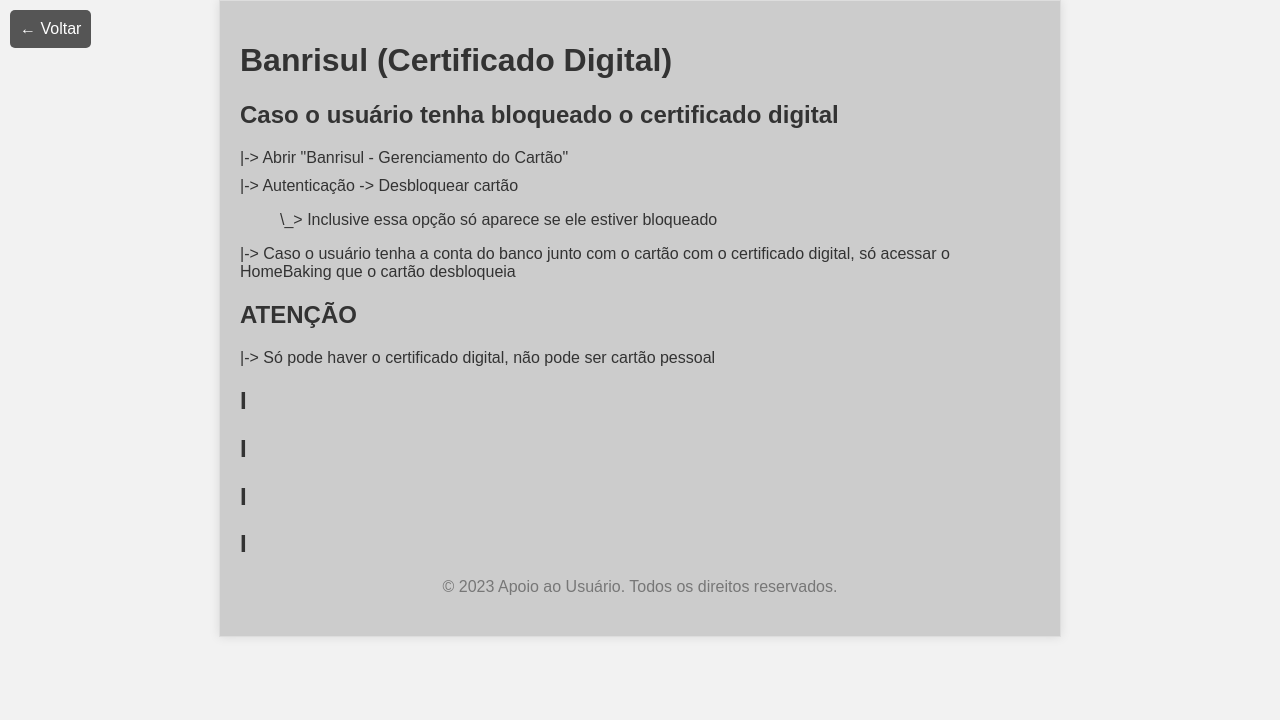
Repository: I4guito/dicasdez
Page: Dicas site/Dicas/banricert.html
These files come from the project's save history. The page is drawn as it stood at one moment and after the next save; the edit follows.
The browser window is 1280 px wide. The pictures show the whole page.

Above is the page before, as saved 2023-12-06 12:24:42.

### Dicas site/Dicas/banricert.html
<!DOCTYPE html>
<html lang="pt-br">
<head>
    <meta charset="UTF-8">
    <meta name="viewport" content="width=device-width, initial-scale=1.0">
    <link rel="stylesheet" href="padrao.css">
    <script src="/Dicas site/script.js"></script>
    <title>Banrisul (Certificado Digital) - Dicas 10</title>
</head>
<body>
    <div class="container">
        <header>
        <a href="javascript:history.back()" class="voltar-btn">&#8592; Voltar</a>
            <h1>Banrisul (Certificado Digital)</h1>
        </header>
        <section>
            <h2>Caso o usuário tenha bloqueado o certificado digital</h2>
            <ul>
                <li>|-> Abrir "Banrisul - Gerenciamento do Cartão"</li>
                <li>|-> Autenticação -> Desbloquear cartão
                    <blockquote>\_> Inclusive essa opção só aparece se ele estiver bloqueado</blockquote>
                </li>
                <li>|-> Caso o usuário tenha a conta do banco junto com o cartão com o certificado digital, só acessar o HomeBaking que o cartão desbloqueia</li>

            </ul>
        </section>

        <section>
            <h2>ATENÇÃO</h2>
            <ul>
                <li>|-> Só pode haver o certificado digital, não pode ser cartão pessoal</li>

            </ul>
        </section>

        <section>
            <h2>I</h2>
            <ul>
                <li></li>
                <li></li>
            </ul>

            <section>
                <h2>I</h2>
                <ul>
                    <li></li>
                    <li></li>
                </ul>

                <section>
                    <h2>I</h2>
                    <ul>
                        <li></li>
                        <li></li>
                    </ul>

                    <section>
                        <h2>I</h2>
                        <ul>
                            <li></li>
                            <li></li>
                        </ul>
        </section>
        <footer>
            <p>&copy; 2023 Apoio ao Usuário. Todos os direitos reservados.</p>
        </footer>
    </div>
</body>
</html>

### Dicas site/Dicas/padrao.css
body {
    font-family: 'Arial', sans-serif;
    margin: 0;
    padding: 0;
    background-color: #f2f2f2;
    color:#fff
}

.container {
    max-width: 800px;
    margin: 0 auto;
    background-color: #ccc;
    padding: 20px;
    box-shadow: 0 0 10px rgba(0, 0, 0, 0.1);
    border: 1px solid #ddd;
    color: #333;
}

header, section, footer {
    margin-bottom: 20px;
}

header h1, section h2 {
    color: #333;
}

ul {
    list-style: none;
    padding: 0;
}

li {
    margin-bottom: 10px;
}

footer {
    text-align: center;
    color: #777;
}

.voltar-btn {
    position: absolute;
    left: 10px;
    top: 10px;
    text-decoration: none;
    color: #fff;
    font-size: 16px;
    padding: 10px;
    background-color: #555;
    border: none;
    border-radius: 5px;
    cursor: pointer;
    transition: background-color 0.3s;
}

.voltar-btn:hover {
    background-color: #777;
}

img {

    margin-inline: 5cm;
    max-width: 100%;
    border-radius: 3%;
}

.link-instrucoes {
    font-family:cursive;
    width: 50px;
    left: 10px;
    text-decoration: none;
    color: #fff;
    font-size: 25px;
    padding: 3px;
    background-color: #555;
    border: none;
    border-radius: 10px;
    cursor: pointer;
    transition:  background-color 0.3s;
}

.link-instrucoes:hover {
    background-color:#777
}

.step {
    max-width: 800px;
    margin: 0 auto;
    background-color: #333;
    padding: 20px;
    box-shadow: 0 0 10px rgba(0, 0, 0, 0.1);
    border: 1px solid #ddd;
    color: #333;
    margin-bottom: 40px;
    padding: 20px;
    border-radius: 8px;
    box-shadow: 0 4px 8px rgba(0, 0, 0, 0.1);
}



.container img {
    display: block;
    max-width: 35%;
    height: auto;
    display: block;
    margin: 20px auto;
    border-radius: 8px;
    box-shadow: 0 4px 8px rgba(0, 0, 0, 0.1);


}

.image-zoom input[type="checkbox"] {
    display: none;
}

.image-zoom img {
    max-width: 100%;
    height: auto;
    cursor: pointer;
    transition: transform 0.3s ease-in-out;
}

.image-zoom input[type="checkbox"]:checked + img {
    transform: scale(1.5);
}

### Dicas site/script.js
function filterItems() {
    var searchBar = document.getElementById('searchBar');
    var filter = searchBar.value.toUpperCase();

    var columns = document.getElementsByClassName('column');
    for (var i = 0; i < columns.length; i++) {
        var boxes = columns[i].getElementsByClassName('box');
        for (var j = 0; j < boxes.length; j++) {
            var item = boxes[j];
            var textValue = item.textContent || item.innerText;
            if (textValue.toUpperCase().indexOf(filter) > -1) {
                item.style.display = "";
            } else {
                item.style.display = "none";
            }
        }
    }
}

function openPage(pageName) {
    window.location.href = pageName + '.html';
}

const isOpera = navigator.userAgent.indexOf("OPR") > -1;

if (isOpera) {
    document.addEventListener("DOMContentLoaded", function () {
        const containers = document.querySelectorAll(".container");
        containers.forEach(function (container) {
            container.style.backgroundColor = "#005c4b";
            container.style.color = "#333";
        });
    });
}

After the next save:
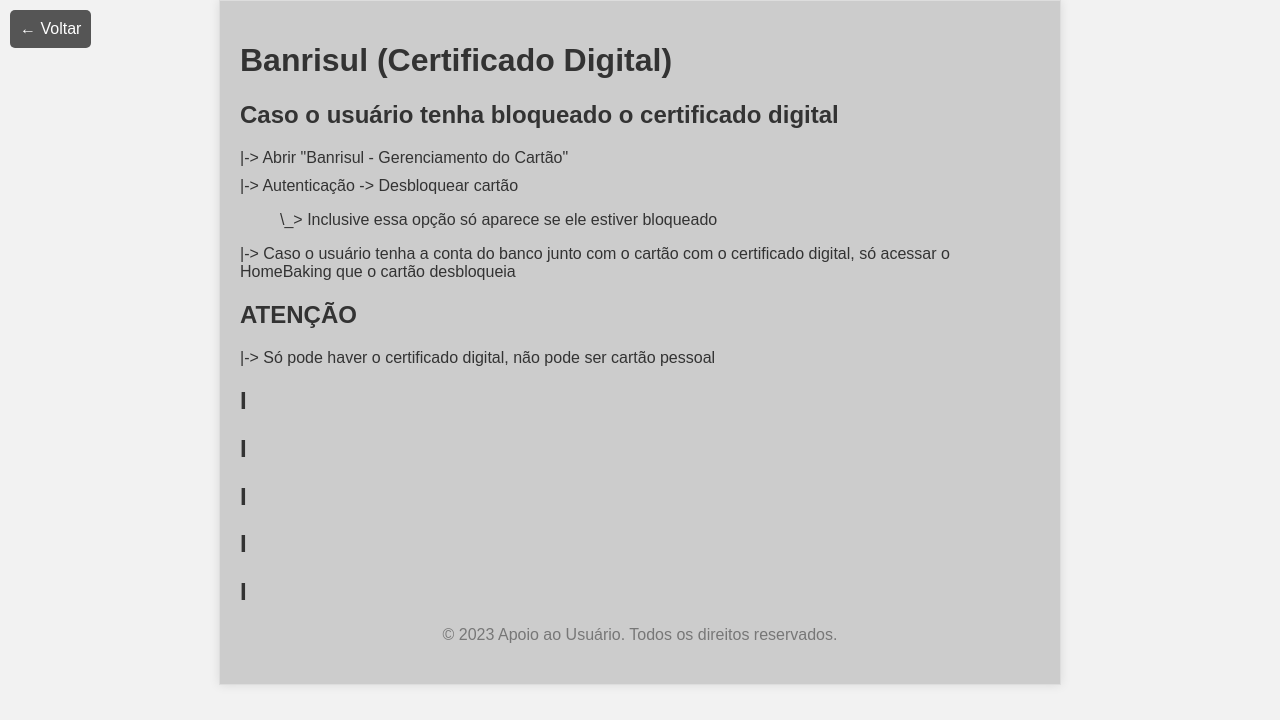
Saved 12 s later.
--- a/Dicas site/Dicas/banricert.html
+++ b/Dicas site/Dicas/banricert.html
@@ -60,6 +60,13 @@
                             <li></li>
                             <li></li>
                         </ul>
+
+                        <section>
+                            <h2>I</h2>
+                            <ul>
+                                <li></li>
+                                <li></li>
+                            </ul>
         </section>
         <footer>
             <p>&copy; 2023 Apoio ao Usuário. Todos os direitos reservados.</p>
